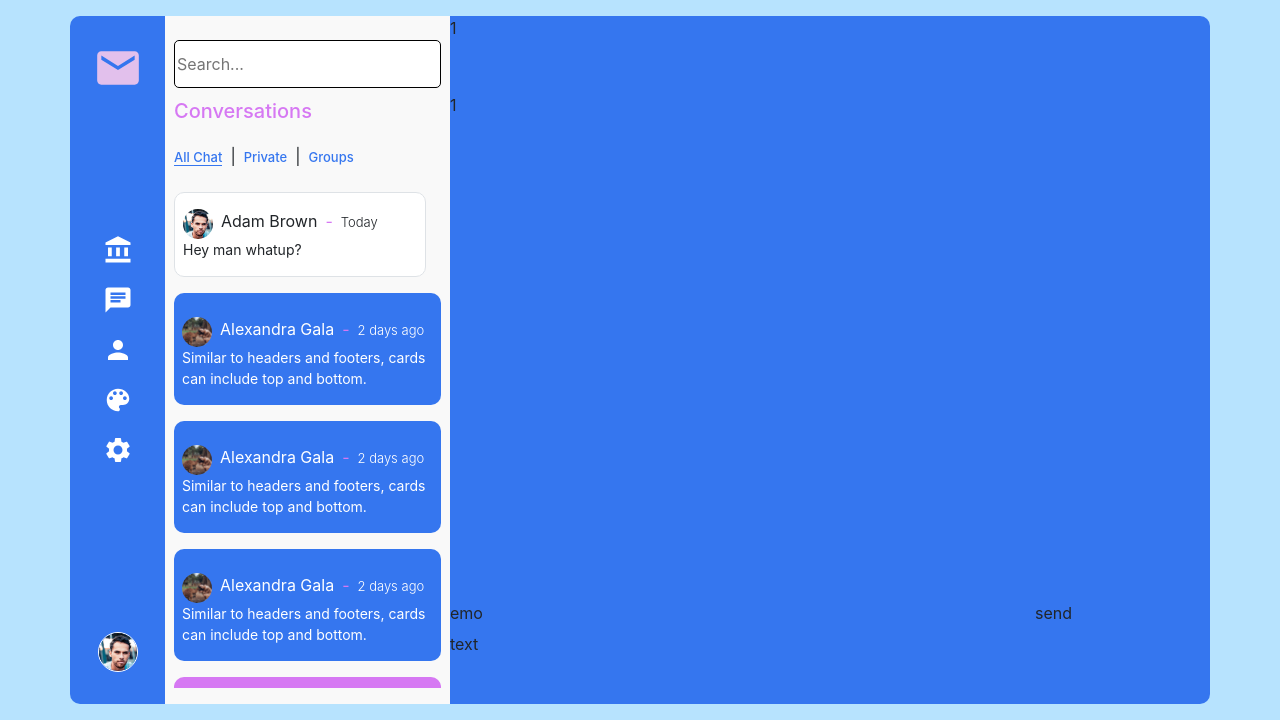
Repository: arafat877/super-chat
Page: /
The author's editor kept a copy of each file at every save. The page is drawn from the files as they stood at one save, then again after the next save.
The browser window is 1280 px wide. The pictures show the whole page.
The project was rebuilt for these pictures with package versions that can differ from the ones it lists, and the page was loaded fresh each time.

Above is the page before, as saved 2020-08-07 00:54:41.

### public/index.html
<!DOCTYPE html>
<html lang="en">
  <head>
    <meta charset="utf-8" />
    <meta name="viewport" content="width=device-width, initial-scale=1" />
    <meta name="theme-color" content="#000000" />
    <meta
      name="description"
      content="Chat application with node.js, express, react.js, mongoDb and socket.io"
    />
    <link rel="stylesheet" href="styles.css" />
    <link
      rel="stylesheet"
      href="https://maxcdn.bootstrapcdn.com/bootstrap/4.5.0/css/bootstrap.min.css"
      integrity="sha384-9aIt2nRpC12Uk9gS9baDl411NQApFmC26EwAOH8WgZl5MYYxFfc+NcPb1dKGj7Sk"
      crossorigin="anonymous"
    />
    <link
      href="https://fonts.googleapis.com/css2?family=Roboto:wght@100;300;400;500;700;900&display=swap"
      rel="stylesheet"
    />

    <title>Super Chat</title>
  </head>
  <body>
    <noscript>You need to enable JavaScript to run this app.</noscript>
    <div id="root"></div>
  </body>
</html>

### src/App.js
import React from "react";
import "./App.scss";
import {
  Email,
  Chat,
  Person,
  Settings,
  Palette,
  AccountBalance,
} from "@material-ui/icons";

import { Avatar } from '@material-ui/core';
import { AvatarGroup } from "@material-ui/lab";

function App() {
  return (
    <div className="appContainer vh-100 d-flex">
      <div className="container mt-3 mb-3 appWrapper">
        <div className="row h-100">
          <div className="col-1 d-none d-sm-none d-md-block container h-100 firstCol">
            <div className="row logoRow justify-content-center">
              <Email className="m-auto logo" />
            </div>
            <div className="row menuRow">
              <ul className="menuList m-auto p-0">
                <li className="menuItem">
                  <AccountBalance className="menuItemIcon" />
                </li>
                <li className="menuItem">
                  <Chat className="menuItemIcon" />
                </li>
                <li className="menuItem">
                  <Person className="menuItemIcon" />
                </li>
                <li className="menuItem">
                  <Palette className="menuItemIcon" />
                </li>
                <li className="menuItem">
                  <Settings className="menuItemIcon" />
                </li>
              </ul>
            </div>
            <div className="row photoRow justify-content-center">
              <img
                className="m-auto profilePhoto"
                src={require("./assets/m1.jpeg")}
                alt="profile"
              />
            </div>
          </div>
          <div className="col-3 container h-100 secondCol p-4">
            <div className="row searchRow">
              <input className="searchInput" placeholder="Search..." />
            </div>
            <div className="row convRow mt-2">
              <span className="convSpan">Conversations</span>
            </div>
            <div className="row selectRow">
              <ul className="selectionList p-0">
                <li
                  className="selectionListItem d-inline mr-2"
                  style={{ borderBottom: "solid 0.05px #3576ef" }}
                >
                  All Chat
                </li>
                |
                <li className="selectionListItem d-inline mr-2 ml-2">
                  Private
                </li>
                |
                <li className="selectionListItem d-inline mr-2 ml-2">Groups</li>
              </ul>
            </div>
            <div className="row groupsRow">
              <div className="container">
                <div className="row convCard pt-3 pb-3 pl-2 mt-3">
                  <img
                    className="userProfilePicture"
                    src={require("./assets/m1.jpeg")}
                    alt="User Profile"
                  />
                  <span className="userName ml-2">Adam Brown</span>
                  <span className="dash ml-2">-</span>
                  <span className="chatDate ml-2 mt-1">Today</span>
                  <hr className="hr"></hr>
                  <span className="text">Hey man whatup?</span>
                </div>

                <div className="row convCardHot pt-4 pb-3 pl-2 mt-3">
                  <img
                    className="userProfilePicture"
                    src={require("./assets/f1.jpeg")}
                    alt="User Profile"
                  />
                  <span className="userName ml-2">Alexandra Gala</span>
                  <span className="dash ml-2">-</span>
                  <span className="chatDate ml-2 mt-1">2 days ago</span>
                  <hr className="hr"></hr>
                  <span className="text">
                    Similar to headers and footers, cards can include top and
                    bottom.
                  </span>
                </div>

                <div className="row convCardHot pt-4 pb-3 pl-2 mt-3">
                  <img
                    className="userProfilePicture"
                    src={require("./assets/f1.jpeg")}
                    alt="User Profile"
                  />
                  <span className="userName ml-2">Alexandra Gala</span>
                  <span className="dash ml-2">-</span>
                  <span className="chatDate ml-2 mt-1">2 days ago</span>
                  <hr className="hr"></hr>
                  <span className="text">
                    Similar to headers and footers, cards can include top and
                    bottom.
                  </span>
                </div>

                <div className="row convCardHot pt-4 pb-3 pl-2 mt-3">
                  <img
                    className="userProfilePicture"
                    src={require("./assets/f1.jpeg")}
                    alt="User Profile"
                  />
                  <span className="userName ml-2">Alexandra Gala</span>
                  <span className="dash ml-2">-</span>
                  <span className="chatDate ml-2 mt-1">2 days ago</span>
                  <hr className="hr"></hr>
                  <span className="text">
                    Similar to headers and footers, cards can include top and
                    bottom.
                  </span>
                </div>

                <div className="row convCardGroup pt-3 pb-3 pl-2 mt-3">
                  <img
                    className="userProfilePicture"
                    src={require("./assets/g1.jpeg")}
                    alt="User Profile"
                  />
                  <span className="userName ml-2">3 Idiots</span>
                  <span className="dash ml-2">-</span>
                  <span className="chatDate ml-2 mt-1">2 days ago</span>
                  <hr className="hr"></hr>
                  <span className="text">
                    You can use the border property to style a hr element.
                  </span>
                  <hr></hr>
                  <AvatarGroup max={3} className="mr-4">
                    <Avatar
                      alt="Remy Sharp"
                      className="avatar"
                      src={require("./assets/m1.jpeg")}
                    />
                    <Avatar
                      alt="Travis Howard"
                      className="avatar"
                      src={require("./assets/f1.jpeg")}
                    />
                    <Avatar
                      alt="Cindy Baker"
                      className="avatar"
                      src={require("./assets/g1.jpeg")}
                    />
                  </AvatarGroup>
                </div>
              </div>
            </div>
          </div>
          <div className="col-8 container h-100 thirdCol">
            <div className="row chatInfo">1</div>
            <div className="row chatMessages">1</div>
            <div className="row chatInput">
              <div className="col-md-9 container">
                <div className="row inputEmoji">emo</div>
                <div className="row inputText">text</div>
              </div>
              <div className="col-md-3">send</div>
            </div>
          </div>
        </div>
      </div>
    </div>
  );
}

export default App;

### src/App.scss
.appContainer {
  background-color: #b7e3fe;

  .appWrapper {
    background-color: #3576ef;
    border-radius: 10px;

    .firstCol {
      .logoRow {
        height: 15%;

        .logo {
          font-size: 50px;
          color: rgb(226, 192, 236);
        }
      }
      .menuRow {
        height: 70%;

        .menuList {
          list-style: none;

          .menuItem {
            margin-bottom: 20px;

            .menuItemIcon {
              font-size: 30px;
              color: white;
            }
          }
        }
      }
      .photoRow {
        height: 15%;

        .profilePhoto {
          height: 40px;
          width: 40px;
          border: solid thin white;
          border-radius: 50%;
          object-fit: cover;
        }
      }
    }

    .secondCol {
      background-color: #f9f9f9;

      .searchRow {
        height: 7.5%;

        .searchInput {
          width: 100%;
          border: solid 0.5px;
          background-color: white;
          border-radius: 5px;

          &:focus {
            outline: none;
          }
        }
      }

      .convRow {
        height: 7.5%;

        .convSpan {
          font-weight: 500;
          font-size: 20px;
          color: rgb(214, 120, 243);
        }
      }
      .selectRow {
        height: 5%;

        .selectionList {
          list-style: none;

          .selectionListItem {
            font-weight: 500;
            font-size: 13px;
            color: #3576ef;
          }
        }
      }

      ::-webkit-scrollbar {
        width: 5px;
        height: 5px;
      }

      ::-webkit-scrollbar-track {
        background: white; /* color of the tracking area */
      }

      ::-webkit-scrollbar-thumb {
        background-color: #b5caf0; /* color of the scroll thumb */
        border-radius: 5px; /* roundness of the scroll thumb */
      }

      .groupsRow {
        height: 80%;
        overflow-y: scroll;

        .convCard {

            background-color: white;
            border: solid 0.5px #dee2e6;
            border-radius: 10px;
            margin-right: 0;

          .userProfilePicture {
            height: 30px;
            width: 30px;
            border-radius: 50%;
            object-fit: cover;
          }

          .userName {
            // color: white;
          }

          .dash {
            color: rgb(214, 120, 243);
          }

          .chatDate {
            // color: white;
            font-size: 13px;
            font-weight: 300;
          }

          .hr {
            border-color: rgb(214, 120, 243);
            margin-bottom: 5px;
          }

          .text {
            // color: white;
            font-size: 14px;
          }
        }

        .convCardHot {
          background-color: #3576ef;
          border-radius: 10px;

          .userProfilePicture {
            height: 30px;
            width: 30px;
            border-radius: 50%;
            object-fit: cover;
          }

          .userName {
            color: white;
          }

          .dash {
            color: rgb(214, 120, 243);
          }

          .chatDate {
            color: white;
            font-size: 13px;
            font-weight: 300;
          }

          .hr {
            border-color: rgb(214, 120, 243);
            margin-bottom: 5px;
          }

          .text {
            color: white;
            font-size: 14px;
          }
        }

        .convCardGroup {
            background-color: rgb(214, 120, 243);
            border-radius: 10px;

            .userProfilePicture {
              height: 30px;
              width: 30px;
              border-radius: 50%;
              object-fit: cover;
            }

            .userName {
              color: white;
            }

            .dash {
              color: white;
            }

            .chatDate {
              color: white;
              font-size: 13px;
              font-weight: 300;
            }

            .hr {
              border-color: rgb(214, 120, 243);
              margin-bottom: 5px;
            }

            .text {
              color: white;
              font-size: 14px;
            }

            .avatar{
                height: 30px;
                width: 30px;
            }
          }
      }
    }

    .thirdCol {
      .chatInfo {
        height: 11.25%;
      }
      .chatMessages {
        height: 73.75%;
      }
      .chatInput {
        height: 15%;

        .inputEmoji {
          height: 30%;
        }
        .inputText {
          height: 70%;
        }
      }
    }
  }
}

Loaded but not shown: src/index.js (common file); public/styles.css (common file)

After the next save:
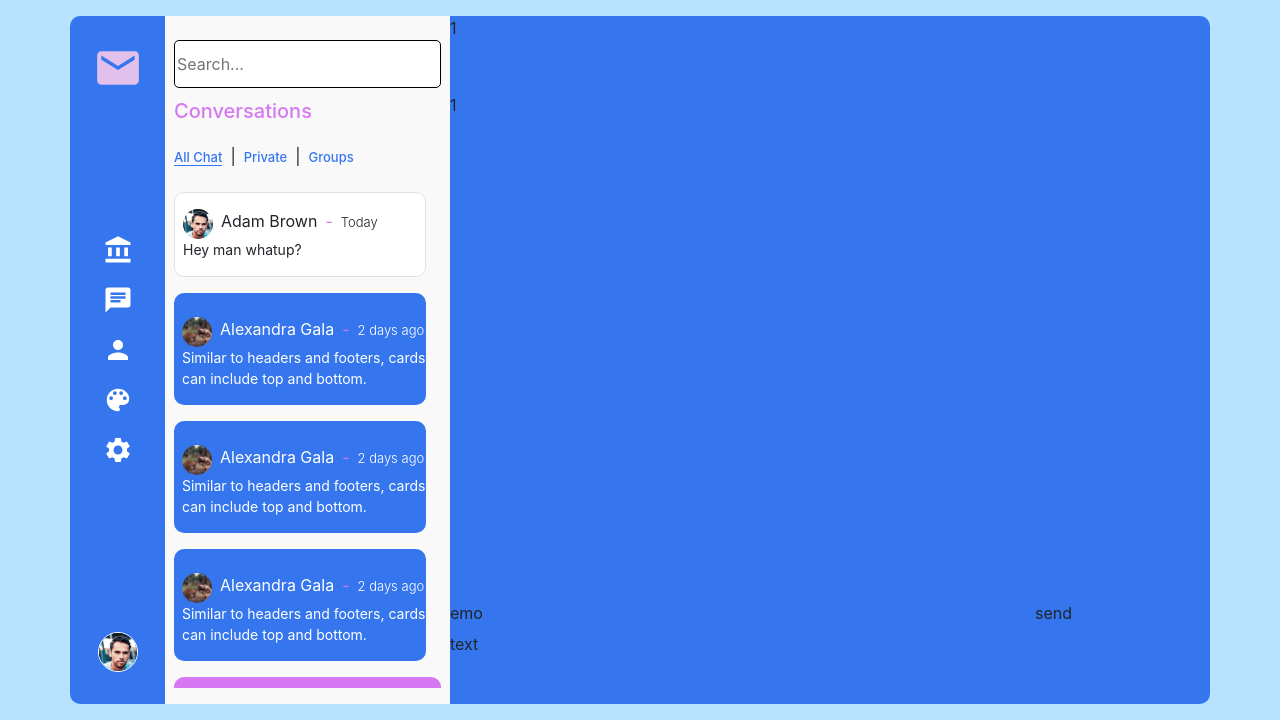
Saved 21 s later.
--- a/src/App.scss
+++ b/src/App.scss
@@ -144,6 +144,7 @@
         .convCardHot {
           background-color: #3576ef;
           border-radius: 10px;
+          margin-right: 0;
 
           .userProfilePicture {
             height: 30px;
